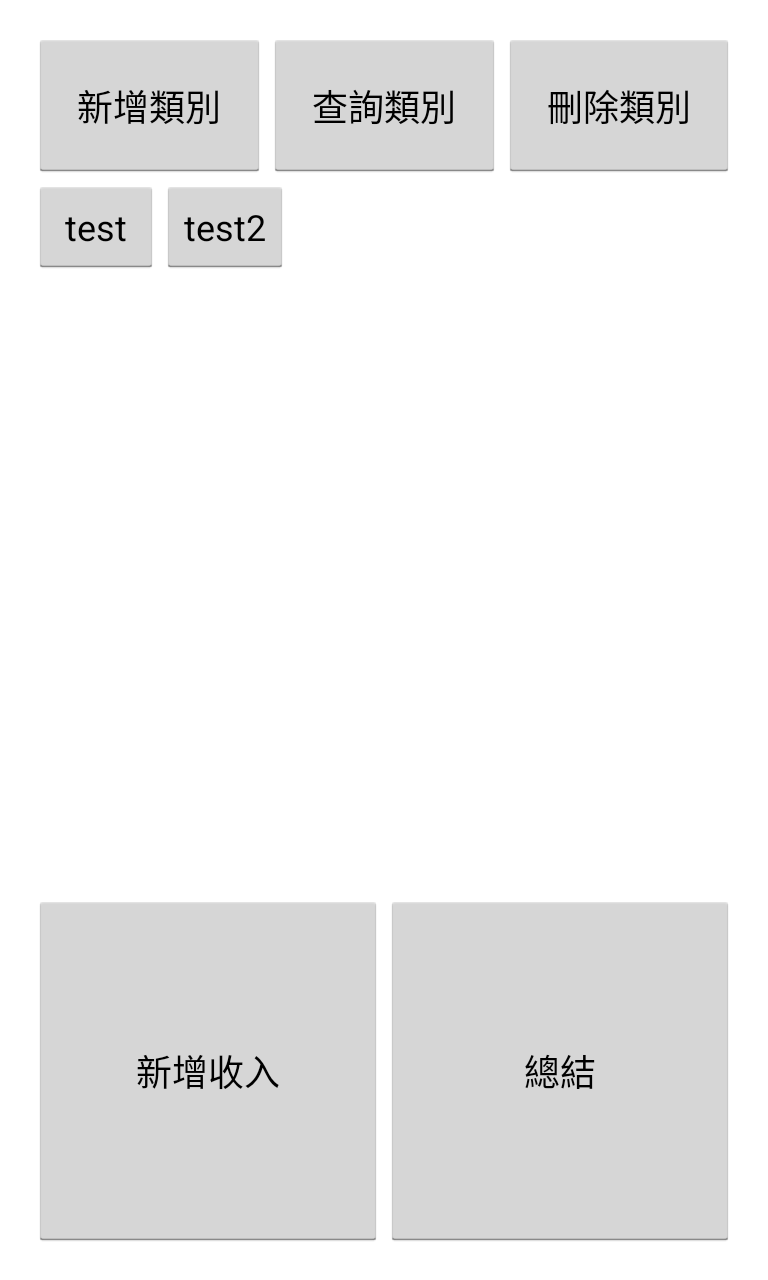
Repository: rayyrayy/Android-app-project
Layout: flashaccounting/easy money manager/res/layout/activity_main.xml
The author's editor kept a copy of each file at every save. The layout is drawn from the files as they stood at one save, then again after the next save.
It is drawn on a 768 x 1280 px phone screen (xhdpi) without system bars, with theme AppTheme; the app's code is not run.

Above is the layout before, as saved 2014-11-04 05:10:34.

After the next save:
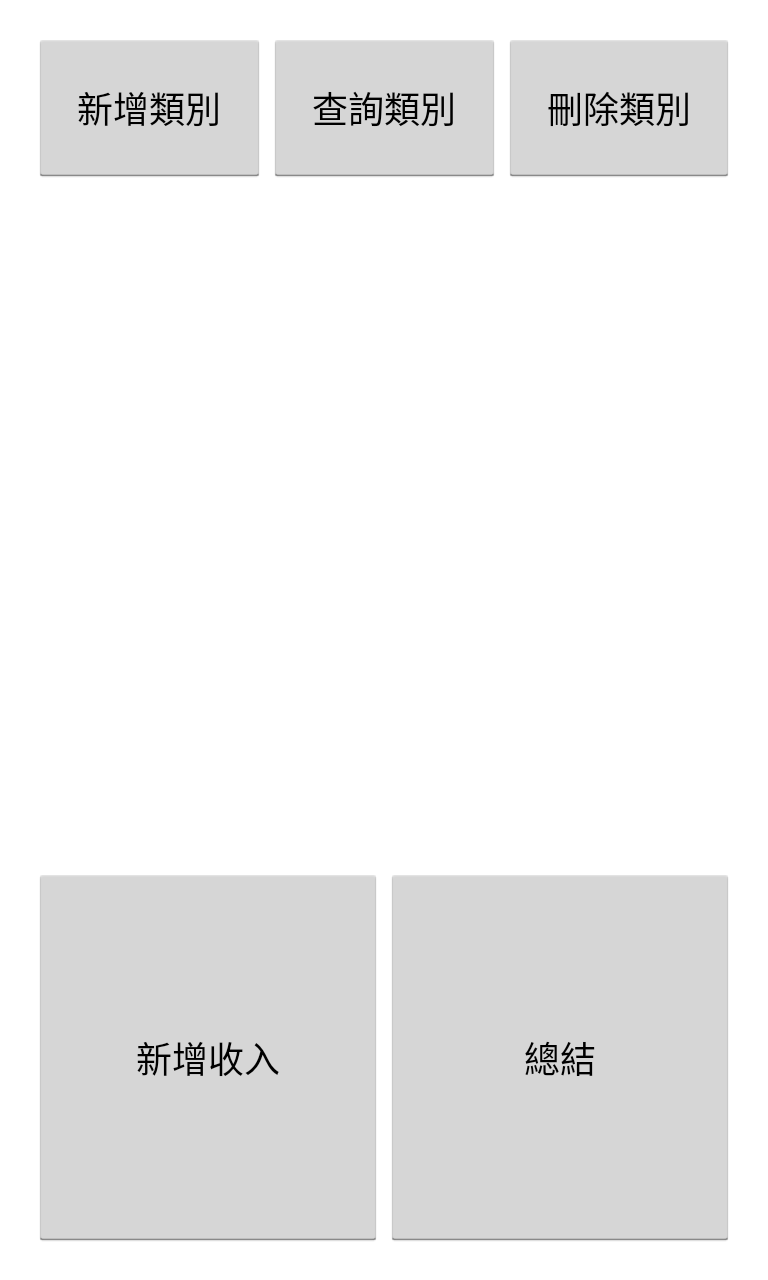
Saved 21 min 1 s later.
--- a/flashaccounting/easy money manager/res/layout/activity_main.xml
+++ b/flashaccounting/easy money manager/res/layout/activity_main.xml
@@ -80,19 +80,6 @@
   	      android:rowCount="3" >
 
 
-	        <Button
-        	android:id="@+id/test"
-        	android:layout_width="wrap_content"
-        	android:layout_height="wrap_content"
-        	android:layout_gravity="fill_horizontal"
-        	android:text="test" />
-
-	        <Button
-        	android:id="@+id/test2"
-        	android:layout_width="wrap_content"
-        	android:layout_height="wrap_content"
-        	android:layout_gravity="fill_horizontal"
-        	android:text="test2" />
  	   </GridLayout>
 
     </LinearLayout>
